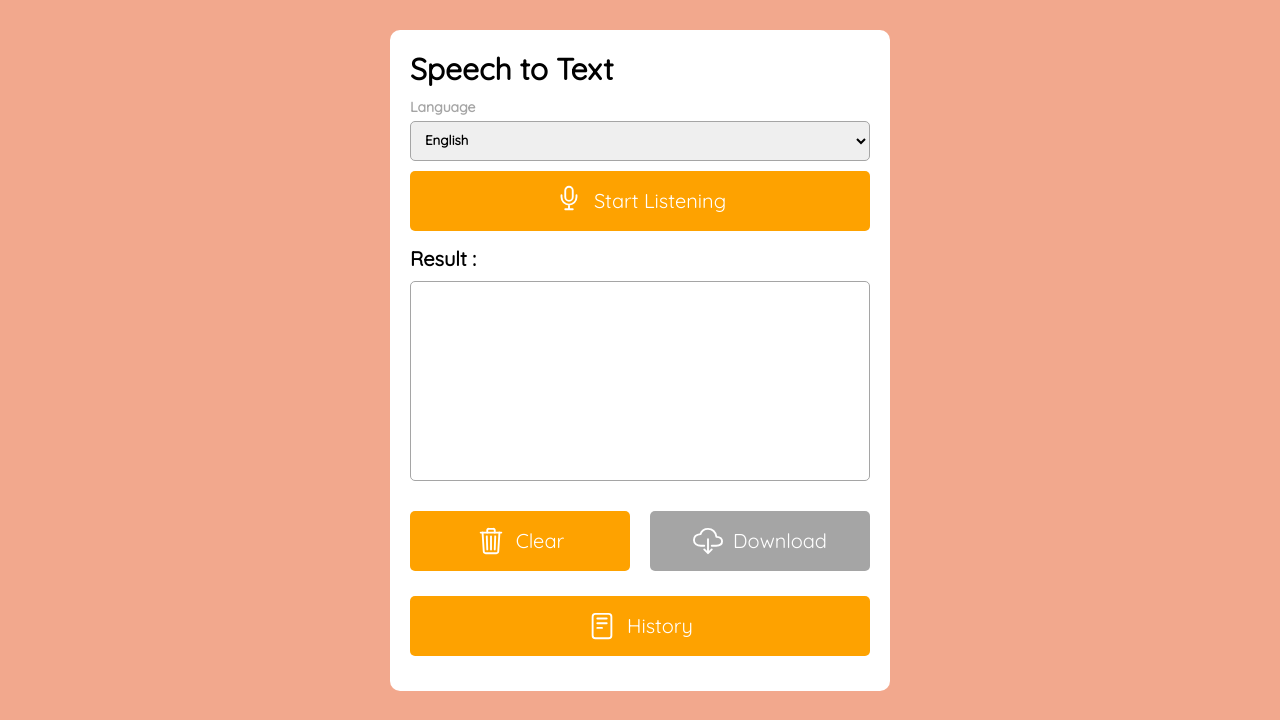
Repository: tsthuy/SpeechToText
Page: index.html
These files come from the project's save history. The page is drawn as it stood at one moment and after the next save; the edit follows.
The browser window is 1280 px wide. The pictures show the whole page.

Above is the page before, as saved 2023-08-28 03:52:56.

### index.html
<!DOCTYPE html>
<html lang="en">
  <head>
    <meta charset="UTF-8" />
    <meta http-equiv="X-UA-Compatible" content="IE=edge" />
    <meta name="viewport" content="width=device-width, initial-scale=1.0" />
    <link href="./images/icon.png" rel="shortcut icon" type="image/vnd.microsoft.icon" />
    <link rel="stylesheet" href="style.css" />
    <link href='https://fonts.googleapis.com/css?family=Quicksand' rel='stylesheet'>
    <title>Speech to Text</title>
  </head>
  <body>
    <div class="container">
      <p class="heading">Speech to Text</p>
      <div class="options">
        <div>
          <p>Language</p>
          <select name="input-language" id="language"></select>
        </div>
      </div>
      <button class="btn record">
        <div class="icon">
          <ion-icon name="mic-outline"></ion-icon>
          <img src="record.svg" alt="" />
        </div>
        <p>Start Listening</p>
      </button>
      <p class="heading receive">Result :</p>
      <div
        class="result"
        spellcheck="false"
        placeholder="Text will be shown here"
      >
        <p class="interim"></p>
      </div>
      <div class="buttons">
        <button class="btn clear">
          <ion-icon name="trash-outline"></ion-icon>
          <p>Clear</p>
        </button>
        <button class="btn download" disabled>
          <ion-icon name="cloud-download-outline"></ion-icon>
          <p>Download</p>
        </button>
      </div>
      <div class="buttons">
        <button class="btn store">
          <ion-icon name="reader-outline"></ion-icon>
          <p>History</p>
        </button>

      </div>
    </div>

    <!-- ion-icon -->
    <script
      type="module"
      src="https://unpkg.com/ionicons@5.5.2/dist/ionicons/ionicons.esm.js"
    ></script>
    <script
      nomodule
      src="https://unpkg.com/ionicons@5.5.2/dist/ionicons/ionicons.js"
    ></script>

    <!-- languages-->
    <script src="languages.js"></script>

    <!-- script -->
    <script src="script.js"></script>
  </body>
</html>

### style.css

:root {
  --primary-color: #FEA200;
  --bg-color: #fff;
  --text-color: #000;
  --light-text-color: #a5a5a5;
  --body-bg-color: #F2A88D;
}
* {
  margin: 0;
  padding: 0;
  box-sizing: border-box;
  font-family: "Quicksand", sans-serif;
}
body {
  min-height: 100vh;
  display: flex;
  align-items: center;
  justify-content: center;
  background-color: var(--body-bg-color);
  color: var(--text-color);
}
.container {
  width: 500px;
  padding: 20px;
  border-radius: 10px;
  background-color: var(--bg-color);
}
.container .heading {
  font-size: 30px;
  font-weight: 800;
  margin-bottom: 10px;
}
.container .receive
{
  font-size: 20px;
}
.container .options select {
  width: 100%;
  padding: 10px;
  border: 1px solid var(--light-text-color);
  border-radius: 5px;
  outline: none;
}
.container .options div:not(:last-child) select {
  margin-bottom: 20px;
}
#language
{
  font-weight: 800;
}
.container .options p {
  font-size: 14px;
  font-weight: 600;
  margin-bottom: 5px;
  color: var(--light-text-color);
}
.btn {
  display: flex;
  align-items: center;
  justify-content: center;
  gap: 10px;
  margin-top: 10px;
  margin-bottom: 15px;
  height: 60px;
  padding: 20px;
  width: 100%;
  outline: none;
  border: none;
  border-radius: 5px;
  font-size: 20px;
  font-weight: 500;
  cursor: pointer;
  color: #fff;
  background-color: var(--primary-color);
}
.btn ion-icon {
  font-size: 30px;
}
.btn:disabled {
  background-color: var(--light-text-color);
  cursor: not-allowed;
}

.container .record img {
  width: 30px;
  height: 30px;
  display: none;
}
.container .record.recording img {
  display: block;
}
.container .record.recording ion-icon {
  display: none;
}
.container .result {
  width: 100%;
  min-height: 200px;
  padding: 10px;
  border: 1px solid var(--light-text-color);
  border-radius: 5px;
  font-size: 18px;
  font-weight: 500;
  margin-bottom: 20px;
  color: var(--text-color);
}
.container .result p {
  display: inline;
  margin-left: 3px;
  color: var(--light-text-color);
}
.buttons {
  display: flex;
  gap: 20px;
}

### languages.js
const languages = [
  {
    no: "16",
    name: "English",
    native: "English",
    code: "en",
  },
  {
    no: "1",
    name: "Afrikaans",
    native: "Afrikaans",
    code: "af",
  },
  {
    no: "2",
    name: "Albanian",
    native: "Shqip",
    code: "sq",
  },
  {
    no: "3",
    name: "Arabic",
    native: "عربي",
    code: "ar",
  },
  {
    no: "4",
    name: "Armenian",
    native: "Հայերէն",
    code: "hy",
  },
  {
    no: "5",
    name: "Azerbaijani",
    native: "آذربایجان دیلی",
    code: "az",
  },
  {
    no: "6",
    name: "Basque",
    native: "Euskara",
    code: "eu",
  },
  {
    no: "7",
    name: "Belarusian",
    native: "Беларуская",
    code: "be",
  },
  {
    no: "8",
    name: "Bulgarian",
    native: "Български",
    code: "bg",
  },
  {
    no: "9",
    name: "Catalan",
    native: "Català",
    code: "ca",
  },
  {
    no: "10",
    name: "Chinese (Simplified)",
    native: "中文简体",
    code: "zh-CN",
  },
  {
    no: "11",
    name: "Chinese (Traditional)",
    native: "中文繁體",
    code: "zh-TW",
  },
  {
    no: "12",
    name: "Croatian",
    native: "Hrvatski",
    code: "hr",
  },
  {
    no: "13",
    name: "Czech",
    native: "Čeština",
    code: "cs",
  },
  {
    no: "14",
    name: "Danish",
    native: "Dansk",
    code: "da",
  },
  {
    no: "15",
    name: "Dutch",
    native: "Nederlands",
    code: "nl",
  },
  {
    no: "17",
    name: "Estonian",
    native: "Eesti keel",
    code: "et",
  },
  {
    no: "18",
    name: "Filipino",
    native: "Filipino",
    code: "tl",
  },
  {
    no: "19",
    name: "Finnish",
    native: "Suomi",
    code: "fi",
  },
  {
    no: "20",
    name: "French",
    native: "Français",
    code: "fr",
  },
  {
    no: "21",
    name: "Galician",
    native: "Galego",
    code: "gl",
  },
  {
    no: "22",
    name: "Georgian",
    native: "ქართული",
    code: "ka",
  },
  {
    no: "23",
    name: "German",
    native: "Deutsch",
    code: "de",
  },
  {
    no: "24",
    name: "Greek",
    native: "Ελληνικά",
    code: "el",
  },
  {
    no: "25",
    name: "Haitian Creole",
    native: "Kreyòl ayisyen",
    code: "ht",
  },
  {
    no: "26",
    name: "Hebrew",
    native: "עברית",
    code: "iw",
  },
  {
    no: "27",
    name: "Hindi",
    native: "हिन्दी",
    code: "hi",
  },
  {
    no: "28",
    name: "Hungarian",
    native: "Magyar",
    code: "hu",
  },
  {
    no: "29",
    name: "Icelandic",
    native: "Íslenska",
    code: "is",
  },
  {
    no: "30",
    name: "Indonesian",
    native: "Bahasa Indonesia",
    code: "id",
  },
  {
    no: "31",
    name: "Irish",
    native: "Gaeilge",
    code: "ga",
  },
  {
    no: "32",
    name: "Italian",
    native: "Italiano",
    code: "it",
  },
  {
    no: "33",
    name: "Japanese",
    native: "日本語",
    code: "ja",
  },
  {
    no: "34",
    name: "Korean",
    native: "한국어",
    code: "ko",
  },
  {
    no: "35",
    name: "Latvian",
    native: "Latviešu",
    code: "lv",
  },
  {
    no: "36",
    name: "Lithuanian",
    native: "Lietuvių kalba",
    code: "lt",
  },
  {
    no: "37",
    name: "Macedonian",
    native: "Македонски",
    code: "mk",
  },
  {
    no: "38",
    name: "Malay",
    native: "Malay",
    code: "ms",
  },
  {
    no: "39",
    name: "Maltese",
    native: "Malti",
    code: "mt",
  },
  {
    no: "40",
    name: "Norwegian",
    native: "Norsk",
    code: "no",
  },
  {
    no: "41",
    name: "Persian",
    native: "فارسی",
    code: "fa",
  },
  {
    no: "42",
    name: "Polish",
    native: "Polski",
    code: "pl",
  },
  {
    no: "43",
    name: "Portuguese",
    native: "Português",
    code: "pt",
  },
  {
    no: "44",
    name: "Romanian",
    native: "Română",
    code: "ro",
  },
  {
    no: "45",
    name: "Russian",
    native: "Русский",
    code: "ru",
  },
  {
    no: "46",
    name: "Serbian",
    native: "Српски",
    code: "sr",
  },
  {
    no: "47",
    name: "Slovak",
    native: "Slovenčina",
    code: "sk",
  },
  {
    no: "48",
    name: "Slovenian",
    native: "Slovensko",
    code: "sl",
  },
  {
    no: "49",
    name: "Spanish",
    native: "Español",
    code: "es",
  },
  {
    no: "50",
    name: "Swahili",
    native: "Kiswahili",
    code: "sw",
  },
  {
    no: "51",
    name: "Swedish",
    native: "Svenska",
    code: "sv",
  },
  {
    no: "52",
    name: "Thai",
    native: "ไทย",
    code: "th",
  },
  {
    no: "53",
    name: "Turkish",
    native: "Türkçe",
    code: "tr",
  },
  {
    no: "54",
    name: "Ukrainian",
    native: "Українська",
    code: "uk",
  },
  {
    no: "55",
    name: "Urdu",
    native: "اردو",
    code: "ur",
  },
  {
    no: "56",
    name: "Vietnamese",
    native: "Tiếng Việt",
    code: "vi",
  },
  {
    no: "57",
    name: "Welsh",
    native: "Cymraeg",
    code: "cy",
  },
  {
    no: "58",
    name: "Yiddish",
    native: "ייִדיש",
    code: "yi",
  },
];

### script.js
const recordBtn = document.querySelector(".record"),
  result = document.querySelector(".result"),
  downloadBtn = document.querySelector(".download"),
  inputLanguage = document.querySelector("#language"),
  clearBtn = document.querySelector(".clear");

let SpeechRecognition =
    window.SpeechRecognition || window.webkitSpeechRecognition,
  recognition,
  recording = false;

function populateLanguages() {
  languages.forEach((lang) => {
    const option = document.createElement("option");
    option.value = lang.code;
    option.innerHTML = lang.name;
    inputLanguage.appendChild(option);
  });
}

populateLanguages();

function speechToText() {
  try {
    recognition = new SpeechRecognition();
    recognition.lang = inputLanguage.value;
    recognition.interimResults = true;
    recordBtn.classList.add("recording");
    recordBtn.querySelector("p").innerHTML = "Listening...";
    recognition.start();
    recognition.onresult = (event) => {
      const speechResult = event.results[0][0].transcript;
      //detect when intrim results
      if (event.results[0].isFinal) {
        result.innerHTML += " " + speechResult;
        result.querySelector("p").remove();
      } else {
        //creative p with class interim if not already there
        if (!document.querySelector(".interim")) {
          const interim = document.createElement("p");
          interim.classList.add("interim");
          result.appendChild(interim);
        }
        //update the interim p with the speech result
        document.querySelector(".interim").innerHTML = " " + speechResult;
      }
      downloadBtn.disabled = false;
    };
    recognition.onspeechend = () => {
      speechToText();
    };
    recognition.onerror = (event) => {
      stopRecording();
      if (event.error === "no-speech") {
        alert("No speech was detected. Stopping...");
      } else if (event.error === "audio-capture") {
        alert(
          "No microphone was found. Ensure that a microphone is installed."
        );
      } else if (event.error === "not-allowed") {
        alert("Permission to use microphone is blocked.");
      } else if (event.error === "aborted") {
        alert("Listening Stopped.");
      } else {
        alert("Error occurred in recognition: " + event.error);
      }
    };
  } catch (error) {
    recording = false;

    console.log(error);
  }
}

recordBtn.addEventListener("click", () => {
  if (!recording) {
    speechToText();
    recording = true;
  } else {
    stopRecording();
  }
});

function stopRecording() {
  recognition.stop();
  recordBtn.querySelector("p").innerHTML = "Start Listening";
  recordBtn.classList.remove("recording");
  recording = false;
}

function download() {
  const text = result.innerText;
  const filename = "speech.txt";

  const element = document.createElement("a");
  element.setAttribute(
    "href",
    "data:text/plain;charset=utf-8," + encodeURIComponent(text)
  );
  element.setAttribute("download", filename);
  element.style.display = "none";
  document.body.appendChild(element);
  element.click();
  document.body.removeChild(element);
}

downloadBtn.addEventListener("click", download);

clearBtn.addEventListener("click", () => {
  result.innerHTML = "";
  downloadBtn.disabled = true;
});

After the next save:
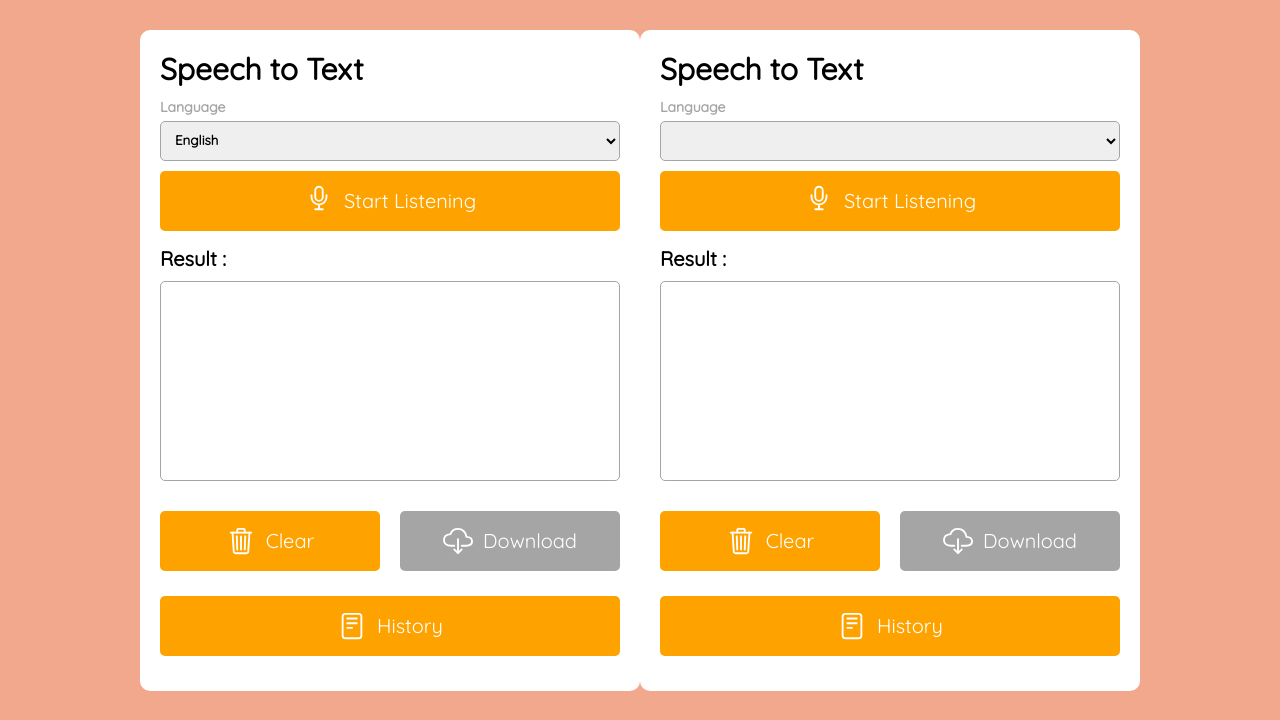
Saved 107 s later.
--- a/index.html
+++ b/index.html
@@ -10,6 +10,47 @@
     <title>Speech to Text</title>
   </head>
   <body>
+    <div class="container">
+      <p class="heading">Speech to Text</p>
+      <div class="options">
+        <div>
+          <p>Language</p>
+          <select name="input-language" id="language"></select>
+        </div>
+      </div>
+      <button class="btn record">
+        <div class="icon">
+          <ion-icon name="mic-outline"></ion-icon>
+          <img src="record.svg" alt="" />
+        </div>
+        <p>Start Listening</p>
+      </button>
+      <p class="heading receive">Result :</p>
+      <div
+        class="result"
+        spellcheck="false"
+        placeholder="Text will be shown here"
+      >
+        <p class="interim"></p>
+      </div>
+      <div class="buttons">
+        <button class="btn clear">
+          <ion-icon name="trash-outline"></ion-icon>
+          <p>Clear</p>
+        </button>
+        <button class="btn download" disabled>
+          <ion-icon name="cloud-download-outline"></ion-icon>
+          <p>Download</p>
+        </button>
+      </div>
+      <div class="buttons">
+        <button class="btn store">
+          <ion-icon name="reader-outline"></ion-icon>
+          <p>History</p>
+        </button>
+
+      </div>
+    </div>
     <div class="container">
       <p class="heading">Speech to Text</p>
       <div class="options">

After the 2 saves that followed:
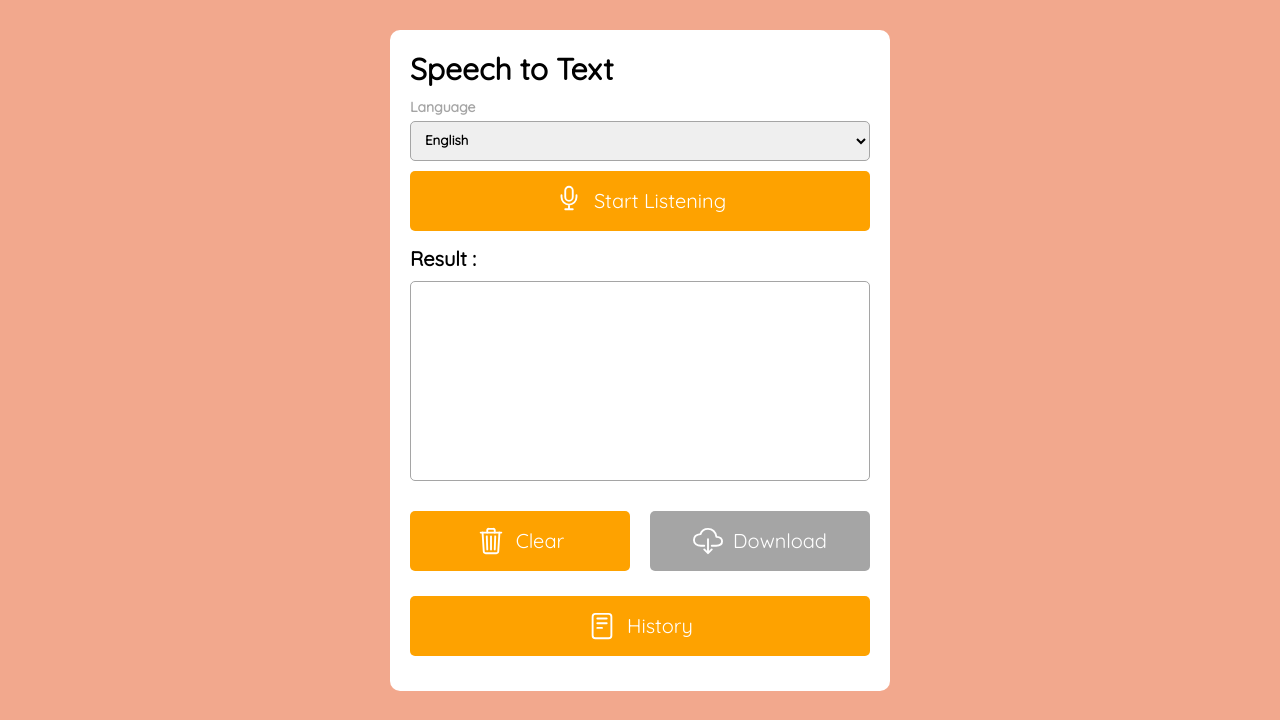
The 2 saves are shown as one change because 1 left the picture as it was.
The last was saved 68 s later.
--- a/index.html
+++ b/index.html
@@ -51,7 +51,7 @@
 
       </div>
     </div>
-    <div class="container">
+    <div hidden class="container">
       <p class="heading">Speech to Text</p>
       <div class="options">
         <div>
